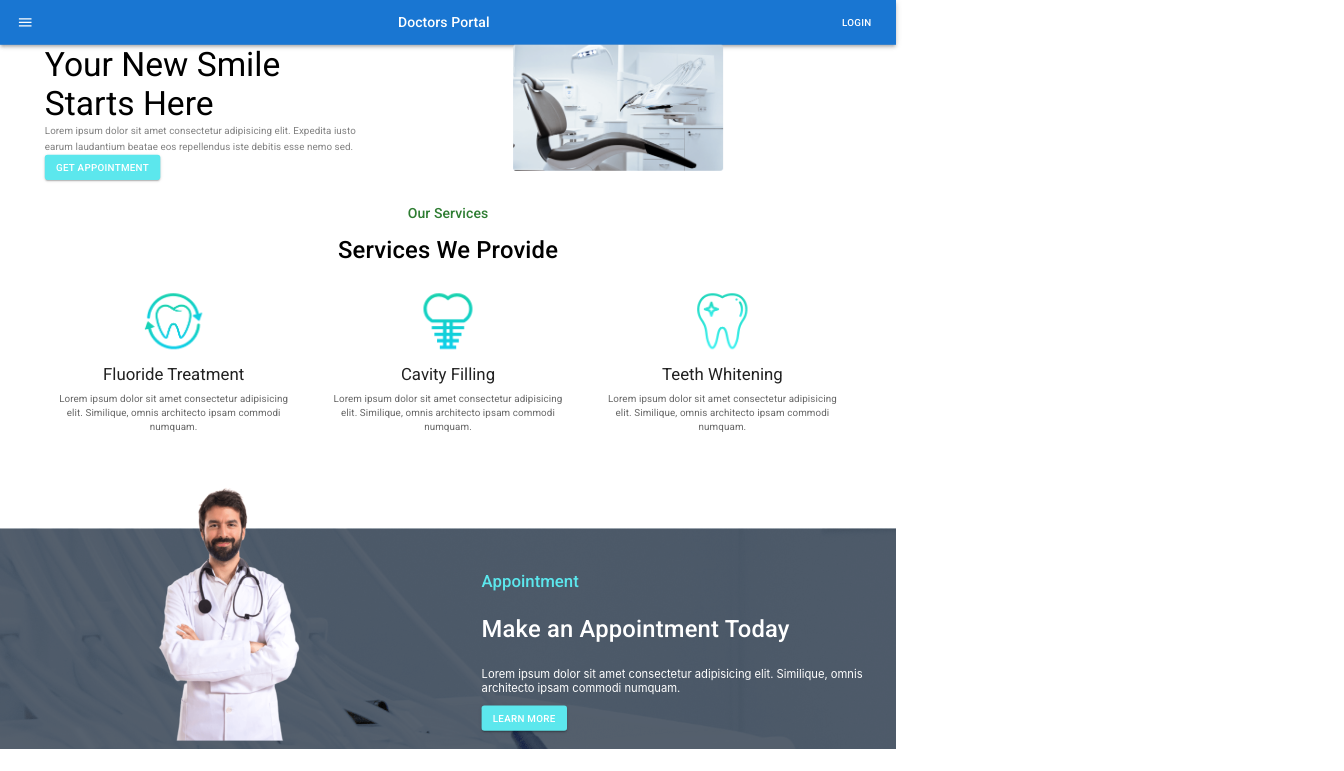
Repository: Sharif-00112/doctors-portal-client
Page: /
These files come from the project's save history. The page is drawn as it stood at one moment and after the next save; the edit follows.
The browser window is 1280 px wide. The page is 1288 px wide, then 1920 px, then 1288 px, so the pictures cover 1920 px, including what lies to the right of the window. The pictures show the part of the page from y = 0 to 1280 px (the page is 1102 px tall before and 2308 px after), at 70% of full size.
The project was rebuilt for these pictures with package versions that can differ from the ones it lists, and the page was loaded fresh each time.

Above is the page before, as saved 2022-11-01 22:27:53.

After the next save:
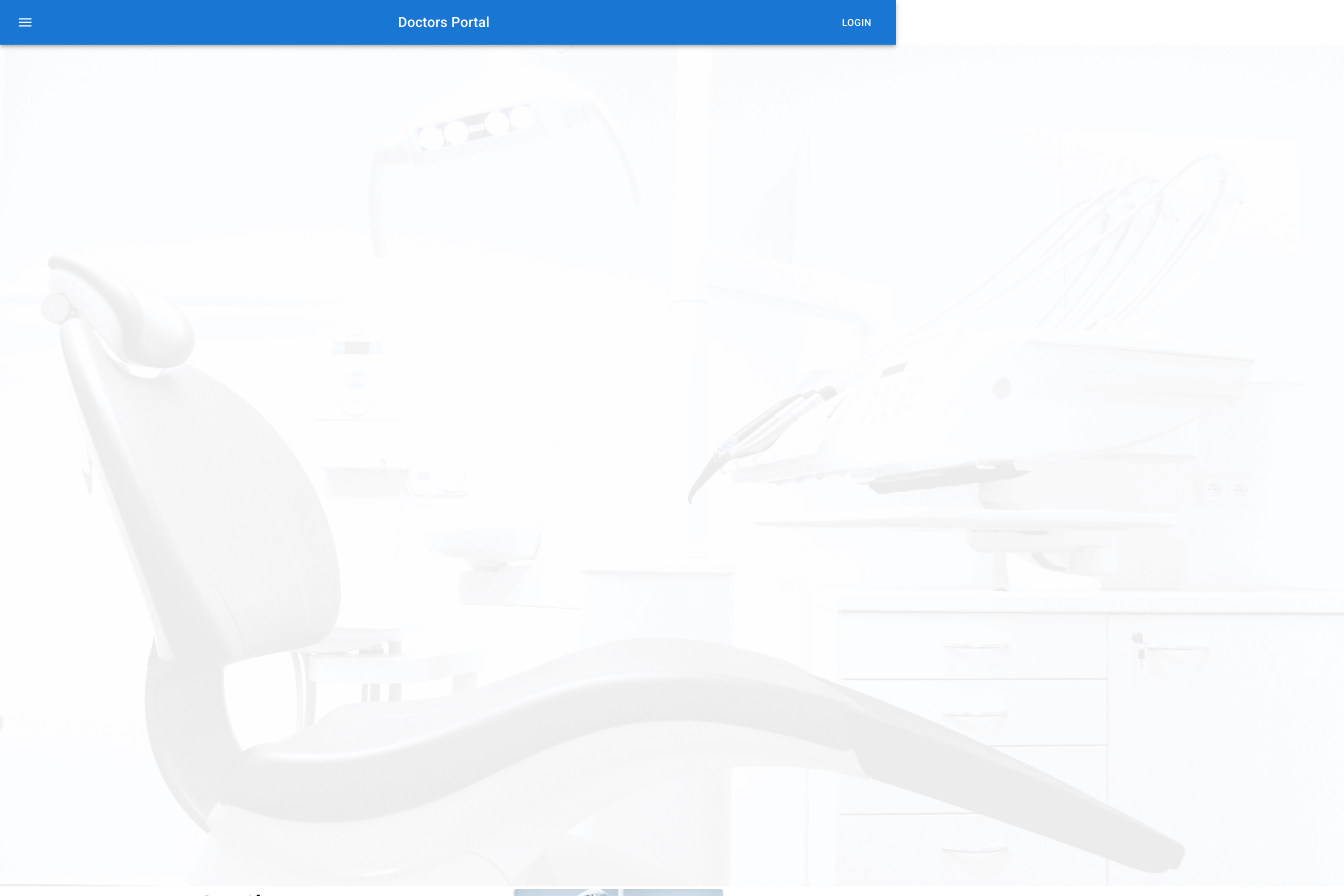
Saved 3 min 34 s later.
--- a/src/Pages/Home/Banner/Banner.js
+++ b/src/Pages/Home/Banner/Banner.js
@@ -20,6 +20,7 @@
 const Banner = () => {
     return (
         <div>
+            <img src={bnBg} alt="" />
             <Container style={{bannerBg}} sx={{ flexGrow: 1 }}>
                 <Grid container spacing={2}>
                     <Grid item style={{textAlign: 'left'}} xs={12} md={5}>

After the save that followed:
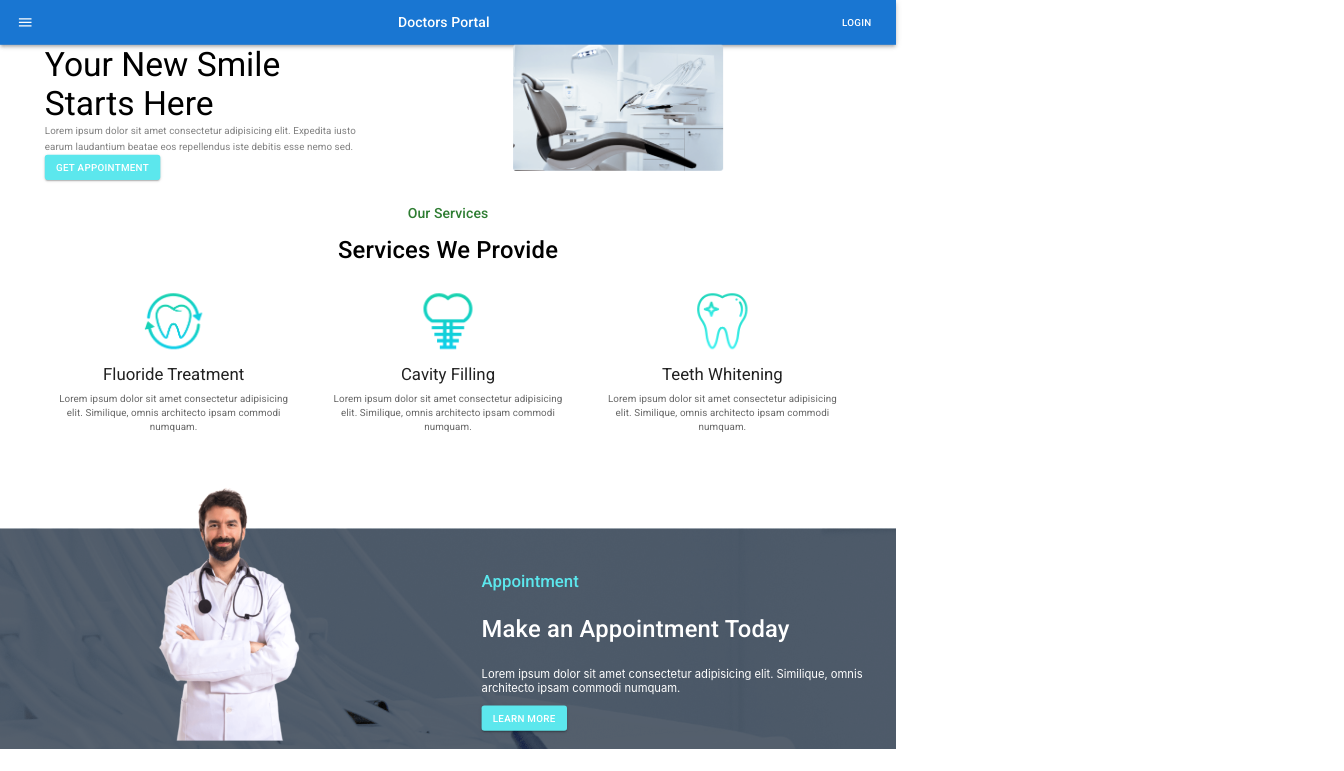
Saved 64 s later.
--- a/src/Pages/Home/Banner/Banner.js
+++ b/src/Pages/Home/Banner/Banner.js
@@ -20,7 +20,6 @@
 const Banner = () => {
     return (
         <div>
-            <img src={bnBg} alt="" />
             <Container style={{bannerBg}} sx={{ flexGrow: 1 }}>
                 <Grid container spacing={2}>
                     <Grid item style={{textAlign: 'left'}} xs={12} md={5}>
